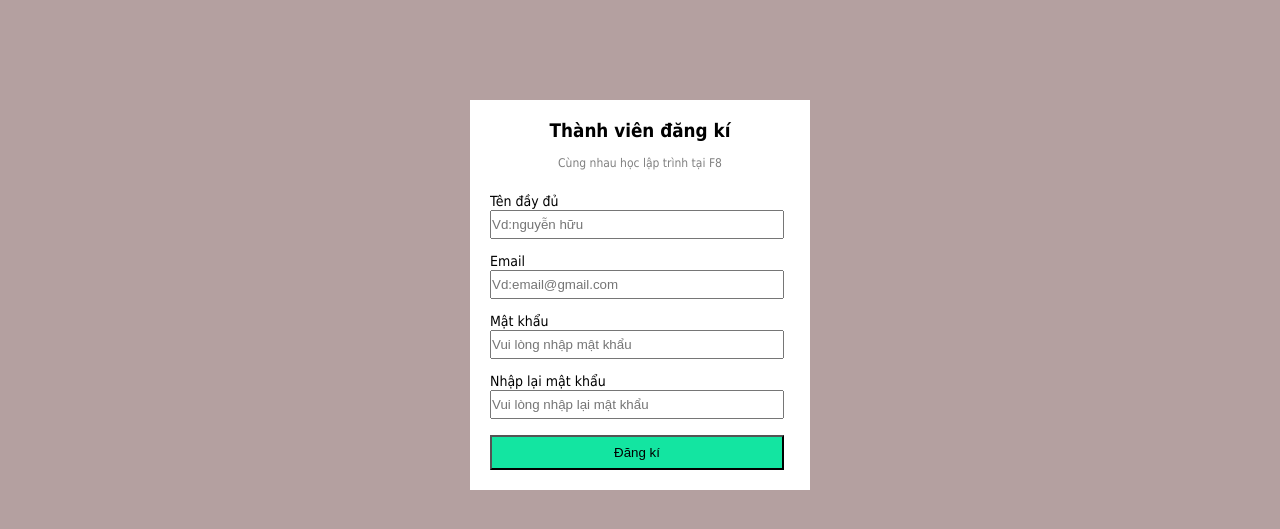
Repository: HuunvDev/Validator
Page: index.html
These files come from the project's save history. The page is drawn as it stood at one moment and after the next save; the edit follows.
The browser window is 1280 px wide. The pictures show the whole page.

Above is the page before, as saved 2022-08-20 09:35:37.

### index.html
<!DOCTYPE html>
<html lang="en">
<head>
    <meta charset="UTF-8">
    <meta http-equiv="X-UA-Compatible" content="IE=edge">
    <meta name="viewport" content="width=device-width, initial-scale=1.0">
    <title>validator</title>
    <link rel="stylesheet" href="style.css">
</head>
<body>
    <div class="main">
        <form action="" method="POST" class="form" id="form-1">
            <h3 class="heading">Thành viên đăng kí</h3>
            <p class="desc">Cùng nhau học lập trình tại F8</p>
            <div class="pacer"></div>
            <div class="form-group">
                <label for="fullName" class="form-lable">Tên đầy đủ</label><br>
                <input type="text" id="fullName" name="fullName" placeholder="Vd:nguyễn hữu"><br>
                <span class="form-message"></span>
            </div>
            <div class="form-group">
                <label for="email" class="form-lable">Email</label><br>
                <input type="text" id="email" name="email" placeholder="Vd:email@gmail.com"><br>
                <span class="form-message"></span>
            </div>
            <div class="form-group">
                <label for="password" class="form-lable">Mật khẩu</label><br>
                <input type="text" id="password" name="password" placeholder="Vui lòng nhập mật khẩu"><br>
                <span class="form-message"></span>
            </div>
            <div class="form-group">
                <label for="password_confirmation" class="form-lable">Nhập lại mật khẩu</label><br>
                <input type="text" id="password_confirmation" name="password_confirmation" placeholder="Vui lòng nhập lại mật khẩu"><br>
                <span class="form-message"></span>
            </div>
           <button class="form-submit">Đăng kí</button>
        </form>
    </div>
    <script src="main.js"></script>
</body>
</html>

### style.css

*{
    margin:0;
    padding:0;
    overflow: hidden;
}
body{
    background-color:rgb(180, 160, 160);
}
.main {
    width: 300px;
    box-shadow: 0 0 0 rgb(0 0 0 / 10%);
    margin: auto;
    margin-top: 100px;
    padding: 20px;
    background-color: #fff;
    font-family: tahoma;
}
h3.heading {
    text-align: center;
}
p.desc {
    text-align: center;
    font-size: 12px;
    color: grey;
    padding: 15px 0;
}
.form-group {
    padding: 6px 0;
}

label.form-lable {
    font-size: 14px;
}
input {
    width: 290px;
    height: 25px;
}
button{
    padding:8px 0;
    width:294px;
    background-color: rgb(19 229 161);
    margin-top:10px;
}
span.form-message {
    font-size: 12px;
    color: #d76f6f;
}

### main.js
var fullName = document.getElementById('fullName');
var message = document.getElementsByClassName("form-message");
fullName.onblur = function(){
    if(!fullName.value){
        message.innerText ="Vui lòng nhập trường này";
    }
}

After the next save:
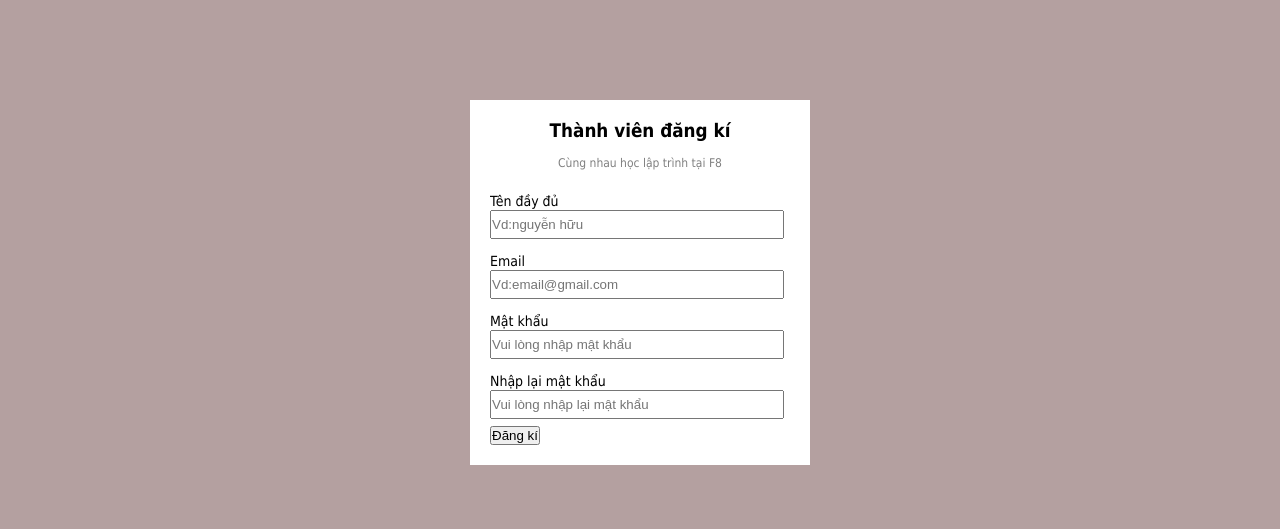
Saved 23 s later.
--- a/style.css
+++ b/style.css
@@ -36,6 +36,7 @@
     width: 290px;
     height: 25px;
 }
+input
 button{
     padding:8px 0;
     width:294px;

After the save that followed:
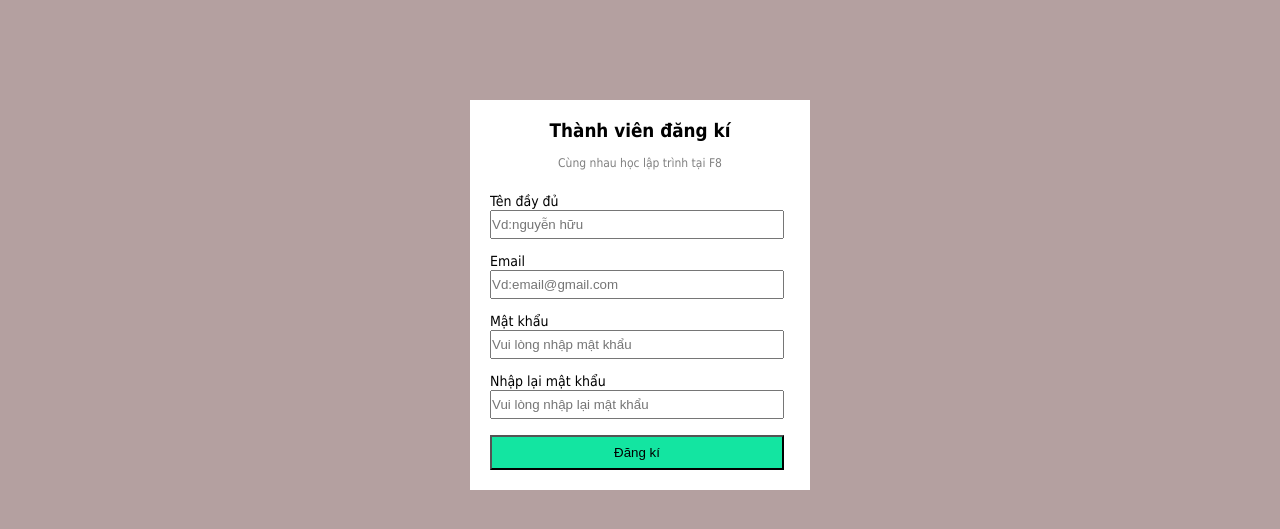
Saved 4 s later.
--- a/style.css
+++ b/style.css
@@ -36,7 +36,9 @@
     width: 290px;
     height: 25px;
 }
-input
+input:hover{
+
+}
 button{
     padding:8px 0;
     width:294px;
